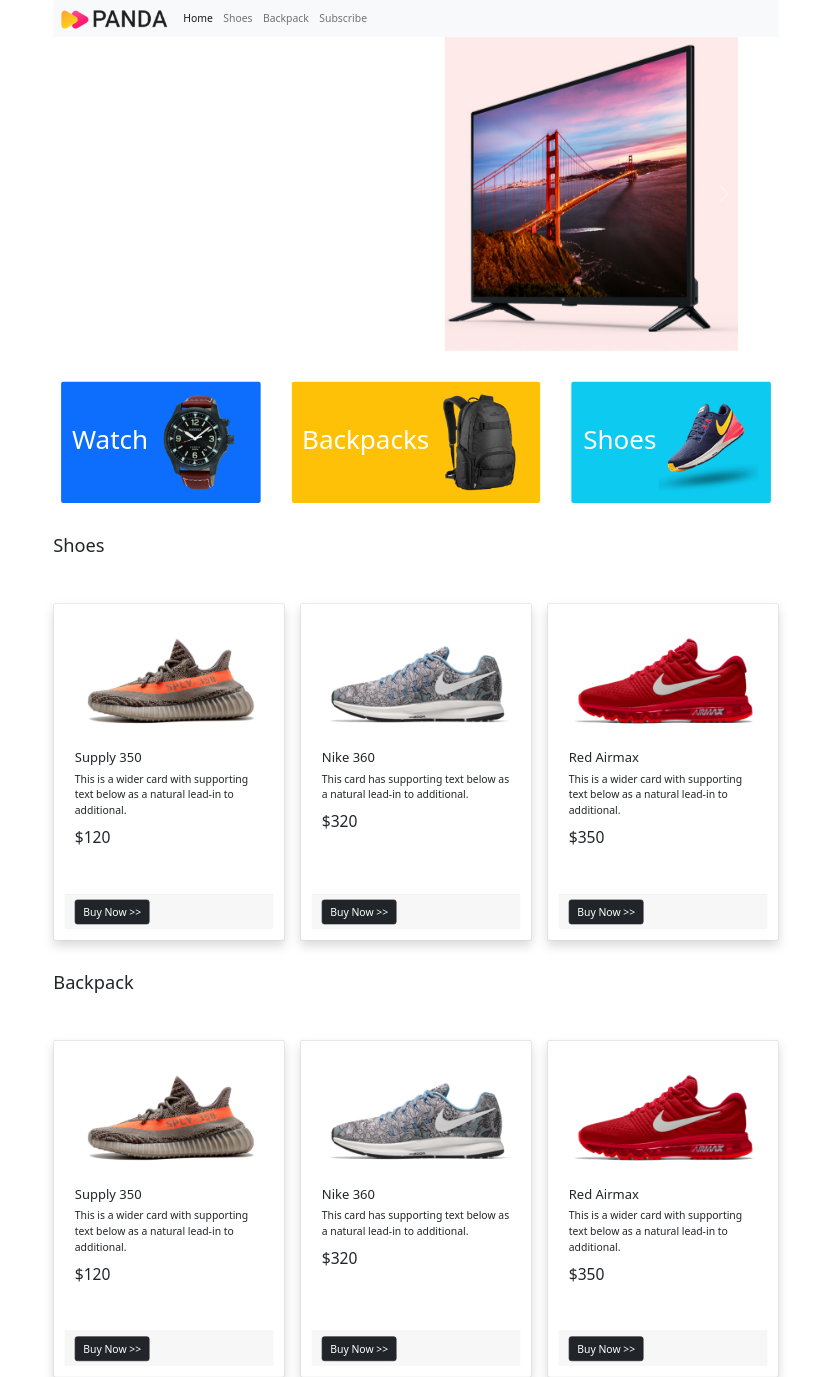
Repository: omarhasnain/panda-commerce-bootstrap
Page: index.html
The author's editor kept a copy of each file at every save. The page is drawn from the files as they stood at one save, then again after the next save.
The browser window is 1280 px wide. The pictures show the whole page, at 65% of full size.

Above is the page before, as saved 2021-01-14 17:12:23.

### index.html
<!DOCTYPE html>
<html lang="en">
<head>
    <meta charset="UTF-8">
    <meta name="viewport" content="width=device-width, initial-scale=1.0">
    <title>Panda Commerce</title>
    <link href="https://cdn.jsdelivr.net/npm/bootstrap@5.0.0-beta1/dist/css/bootstrap.min.css" rel="stylesheet" integrity="sha384-giJF6kkoqNQ00vy+HMDP7azOuL0xtbfIcaT9wjKHr8RbDVddVHyTfAAsrekwKmP1" crossorigin="anonymous">
</head>
<body>
    <header class="container">
        <nav class="navbar navbar-expand-lg navbar-light bg-light">
            <div class="container-fluid">
              <a class="navbar-brand" href="#"><img src="images/logo.png" alt=""></a>
              <button class="navbar-toggler" type="button" data-bs-toggle="collapse" data-bs-target="#navbarNavAltMarkup" aria-controls="navbarNavAltMarkup" aria-expanded="false" aria-label="Toggle navigation">
                <span class="navbar-toggler-icon"></span>
              </button>
              <div class="collapse navbar-collapse" id="navbarNavAltMarkup">
                <div class="navbar-nav">
                  <a class="nav-link active" aria-current="page" href="#">Home</a>
                  <a class="nav-link" href="#">Shoes</a>
                  <a class="nav-link" href="#">Backpack</a>
                  <a class="nav-link" href="#" tabindex="-1" >Subscribe</a>
                </div>
              </div>
            </div>
          </nav>

        <section>
            <div id="carouselExampleControls" class="carousel slide" data-bs-ride="carousel">
                <div class="carousel-inner">
                  <div class="carousel-item active">
                   <div class="row">
                       <div class="col-md-7">

                       </div>
                       <div class="col-md-5">
                        <img src="images/banner-images/tv.png" class="d-block w-100" alt="...">
                       </div>
                   </div>
                  </div>
                  <div class="carousel-item">
                    <div class="row">
                        <div class="col-md-7">

                        </div>
                        <div class="col-md-5">
                            <img src="images/banner-images/headphone.png" class="d-block w-100" alt="...">
                        </div>
                    </div>
                  </div>
                  <div class="carousel-item">
                   <div class="row">
                       <div class="col-md-7">

                       </div>
                       <div class="col-md-5">
                        <img src="images/banner-images/xbox.png" class="d-block w-100" alt="...">
                       </div>
                   </div>
                  </div>
                </div>
                <a class="carousel-control-prev" href="#carouselExampleControls" role="button" data-bs-slide="prev">
                  <span class="carousel-control-prev-icon" aria-hidden="true"></span>
                  <span class="visually-hidden">Previous</span>
                </a>
                <a class="carousel-control-next" href="#carouselExampleControls" role="button" data-bs-slide="next">
                  <span class="carousel-control-next-icon" aria-hidden="true"></span>
                  <span class="visually-hidden">Next</span>
                </a>
              </div>
        </section>


    </header>
    <main class="container">
        <section class="container overflow-hidden mt-5">
            <div class="row gx-5">
              <div class="col">
               <div class="p-3 rounded bg-primary d-flex align-items-center justify-content-around">
                   <h1 class="text-white">Watch</h1>
                   <img src="images/categories/watch.png" alt="">
               </div>
              </div>
              <div class="col">
                <div class="p-3 rounded bg-warning d-flex align-items-center justify-content-around">
                    <h1 class="text-white">Backpacks</h1>
                    <img src="images/categories/bag.png" alt="">
                </div>
               </div>
               <div class="col">
                <div class="p-3 rounded bg-info d-flex align-items-center justify-content-around">
                    <h1 class="text-white">Shoes</h1>
                    <img src="images/categories/shoes.png" alt="">
                </div>
               </div>

            </div>
        </section>

        <section class="mt-5">
            <h3>Shoes</h3>
            <div class="row row-cols-1 row-cols-md-3 g-4 mt-5">
                <div class="col">
                  <div class="card h-100 shadow p-3 mb-5 bg-white rounded">
                    <img src="images/shoes/shoe-1.png" class="card-img-top" alt="...">
                    <div class="card-body ">
                      <h5 class="card-title">Supply 350</h5>
                      <p class="card-text">This is a wider card with supporting text below as a natural lead-in to additional.
                    </p>
                    <h4>$120</h4>
                    </div>

                    <div class="card-footer">
                    <button class="text-white btn btn-dark">Buy Now >></button>
                    </div>
                  </div>
                </div>
                <div class="col">
                  <div class="card h-100 shadow p-3 mb-5 bg-white rounded">
                    <img src="images/shoes/shoe-2.png" class="card-img-top" alt="...">
                    <div class="card-body">
                      <h5 class="card-title">Nike 360</h5>
                      <p class="card-text">This card has supporting text below as a natural lead-in to additional.</p>
                      <h4>$320</h4>
                    </div>
                    <div class="card-footer">
                        <button class="text-white btn btn-dark">Buy Now >></button>
                    </div>
                  </div>
                </div>
                <div class="col">
                  <div class="card h-100 shadow p-3 mb-5 bg-white rounded">
                    <img src="images/shoes/shoe-3.png" class="card-img-top" alt="...">
                    <div class="card-body">
                      <h5 class="card-title">Red Airmax</h5>
                      <p class="card-text">This is a wider card with supporting text below as a natural lead-in to additional.</p>
                      <h4>$350</h4>
                    </div>
                    <div class="card-footer">
                        <button class="text-white btn btn-dark">Buy Now >></button>
                    </div>
                  </div>
                </div>
            </div>


        </section>

        <section class="mt-5">
            <h3>Backpack</h3>
            <div class="row row-cols-1 row-cols-md-3 g-4 mt-5">
                <div class="col">
                  <div class="card h-100 shadow p-3 mb-5 bg-white rounded">
                    <img src="images/shoes/shoe-1.png" class="card-img-top" alt="...">
                    <div class="card-body ">
                      <h5 class="card-title">Supply 350</h5>
                      <p class="card-text">This is a wider card with supporting text below as a natural lead-in to additional.
                    </p>
                    <h4>$120</h4>
                    </div>

                    <div class="card-footer">
                    <button class="text-white btn btn-dark">Buy Now >></button>
                    </div>
                  </div>
                </div>
                <div class="col">
                  <div class="card h-100 shadow p-3 mb-5 bg-white rounded">
                    <img src="images/shoes/shoe-2.png" class="card-img-top" alt="...">
                    <div class="card-body">
                      <h5 class="card-title">Nike 360</h5>
                      <p class="card-text">This card has supporting text below as a natural lead-in to additional.</p>
                      <h4>$320</h4>
                    </div>
                    <div class="card-footer">
                        <button class="text-white btn btn-dark">Buy Now >></button>
                    </div>
                  </div>
                </div>
                <div class="col">
                  <div class="card h-100 shadow p-3 mb-5 bg-white rounded">
                    <img src="images/shoes/shoe-3.png" class="card-img-top" alt="...">
                    <div class="card-body">
                      <h5 class="card-title">Red Airmax</h5>
                      <p class="card-text">This is a wider card with supporting text below as a natural lead-in to additional.</p>
                      <h4>$350</h4>
                    </div>
                    <div class="card-footer">
                        <button class="text-white btn btn-dark">Buy Now >></button>
                    </div>
                  </div>
                </div>
            </div>


        </section>

    </main>














    <script src="https://cdn.jsdelivr.net/npm/bootstrap@5.0.0-beta1/dist/js/bootstrap.bundle.min.js" integrity="sha384-ygbV9kiqUc6oa4msXn9868pTtWMgiQaeYH7/t7LECLbyPA2x65Kgf80OJFdroafW" crossorigin="anonymous"></script>
</body>
</html>

After the next save:
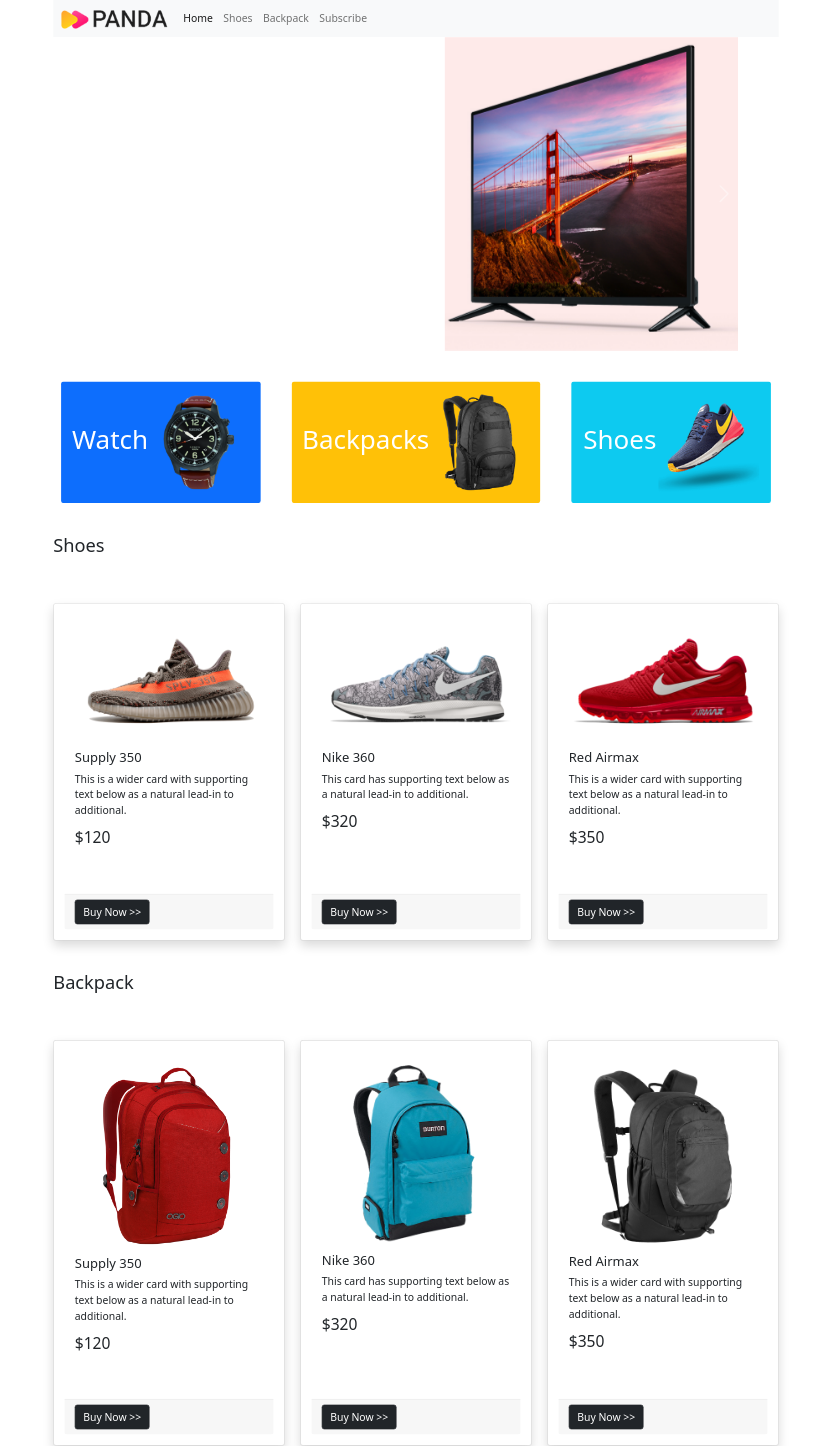
Saved 60 s later.
--- a/index.html
+++ b/index.html
@@ -151,7 +151,7 @@
             <div class="row row-cols-1 row-cols-md-3 g-4 mt-5">
                 <div class="col">
                   <div class="card h-100 shadow p-3 mb-5 bg-white rounded">
-                    <img src="images/shoes/shoe-1.png" class="card-img-top" alt="...">
+                    <img src="images/bags/bag-1.png" class="card-img-top" alt="...">
                     <div class="card-body ">
                       <h5 class="card-title">Supply 350</h5>
                       <p class="card-text">This is a wider card with supporting text below as a natural lead-in to additional.
@@ -166,7 +166,7 @@
                 </div>
                 <div class="col">
                   <div class="card h-100 shadow p-3 mb-5 bg-white rounded">
-                    <img src="images/shoes/shoe-2.png" class="card-img-top" alt="...">
+                    <img src="images/bags/bag-2.png" class="card-img-top" alt="...">
                     <div class="card-body">
                       <h5 class="card-title">Nike 360</h5>
                       <p class="card-text">This card has supporting text below as a natural lead-in to additional.</p>
@@ -179,7 +179,7 @@
                 </div>
                 <div class="col">
                   <div class="card h-100 shadow p-3 mb-5 bg-white rounded">
-                    <img src="images/shoes/shoe-3.png" class="card-img-top" alt="...">
+                    <img src="images/bags/bag-3.png" class="card-img-top" alt="...">
                     <div class="card-body">
                       <h5 class="card-title">Red Airmax</h5>
                       <p class="card-text">This is a wider card with supporting text below as a natural lead-in to additional.</p>
